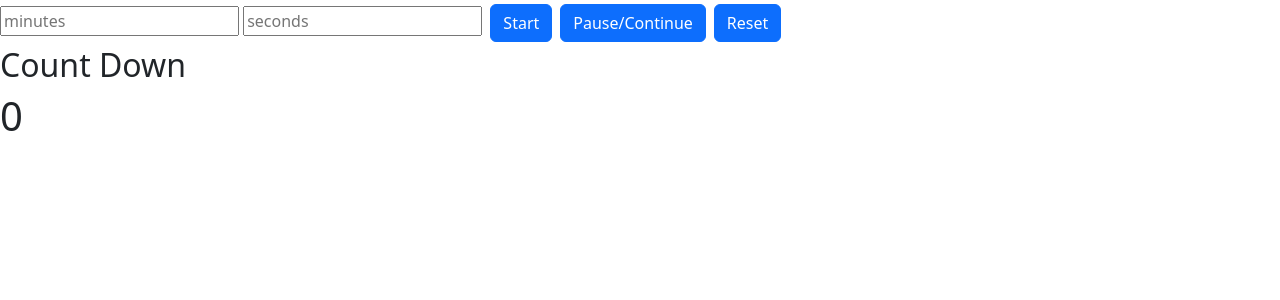
Repository: maheshdama13/reactjs-count-down
Page: /
These files come from the project's save history. The page is drawn as it stood at one moment and after a run of saves; the edit follows.
The browser window is 1280 px wide. The pictures show the whole page.
The project was rebuilt for these pictures with package versions that can differ from the ones it lists, and the page was loaded fresh each time. Also part of the build but not shown: src/App.css.

Above is the page before, as saved 2022-07-01 01:59:23.

After the next 4 saves:
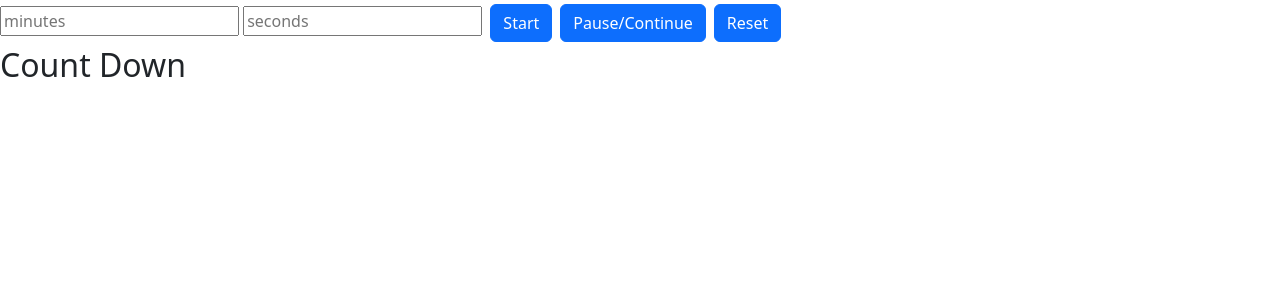
The 4 saves are shown as one change because 1 did not build or start and some came seconds apart.
The last was saved 101 s later.
--- a/src/components/CountDown.js
+++ b/src/components/CountDown.js
@@ -44,6 +44,10 @@
     setTimer(0);
   }
 
+  const formattedTimer = (timer) => {
+    return timer + 'Y';
+  }
+
   return (
     <div>
       <form ref={formData}>
@@ -55,7 +59,7 @@
       </form>
 
       <h2>Count Down</h2>
-      <h1>{timer}</h1>
+      <h1>{formattedTimer}</h1>
     </div>
   )
 }
